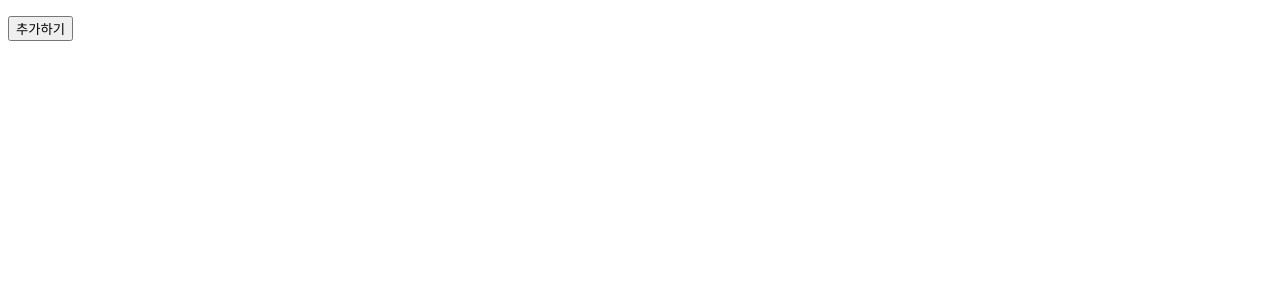
Repository: qkr5318/JSP_STUDY
Page: SIXTH_JSP/WebContent/study01/jQuery3.html
An editor plug-in stored every save of this project. The page is shown before and after the next save, followed by the edit.
The browser window is 1280 px wide. The pictures show the whole page.

Above is the page before, as saved 2023-01-06 05:56:11.
Console error: SyntaxError: missing ) after argument list

After the next save:
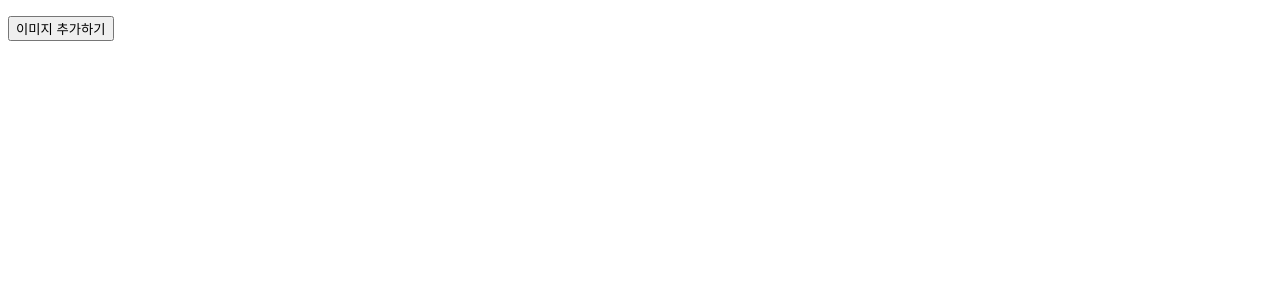
The error is gone.
Saved 21 s later.
--- a/SIXTH_JSP/WebContent/study01/jQuery3.html
+++ b/SIXTH_JSP/WebContent/study01/jQuery3.html
@@ -16,7 +16,7 @@
 // document에 DOM(Document Object Model)이 로드되는 이벤트 처리 함수 정의
 	function addImage(){
 		//버튼 클릭시 클래스 이름이 class1인 태그를 찾아서 img 태그를 추가합니다.
-		$(".class1").html("<img src='../image/duke.png'/>"");
+		$(".class1").html("<img src='../image/duke.png'/>");
 
 }
 
@@ -27,7 +27,7 @@
 		<p id="article"></p>
 	</div>
 	<!-- 버튼 클릭시 addHtml() 함수를 호출합니다. -->
-	<input type="button" value="추가하기" onclick="addHtml()"/>
+	<input type="button" value="이미지 추가하기" onclick="addImage()"/>
 
 
 </body>
